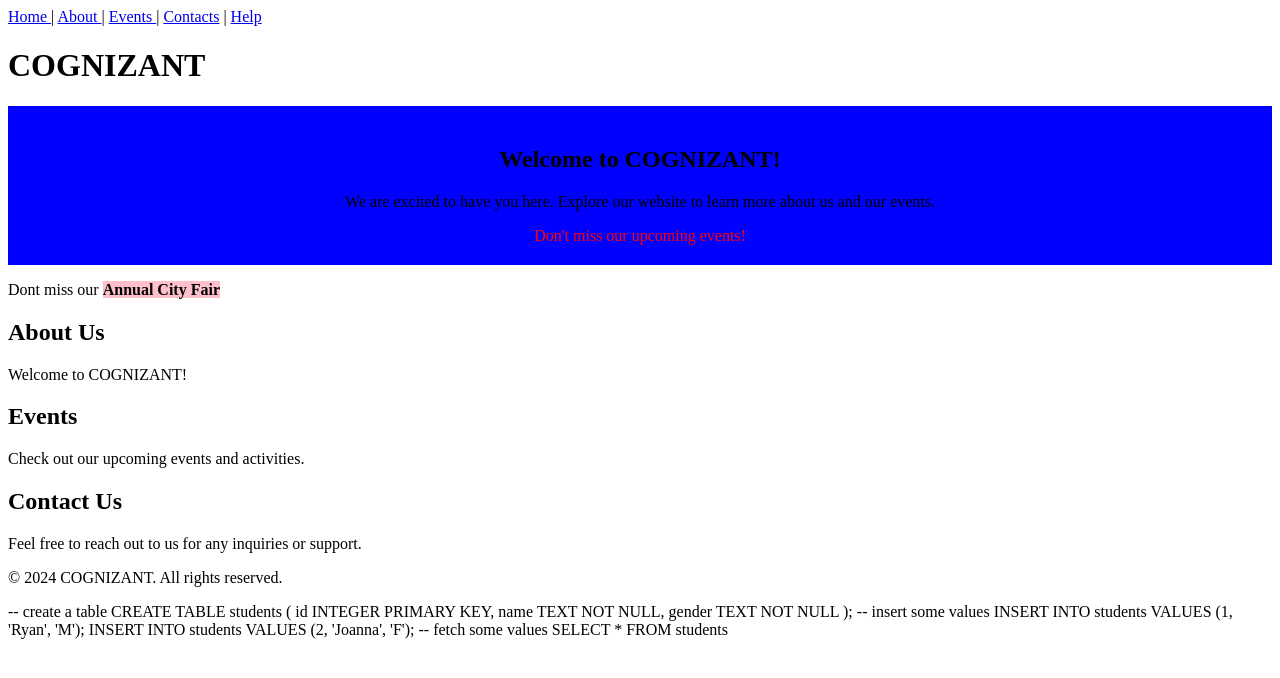
Repository: Sonasiju/Digital-Nurture-Java
Page: HTML/index.html
The author's editor kept a copy of each file at every save. The page is drawn from the files as they stood at one save, then again after the next save.
The browser window is 1280 px wide. The pictures show the whole page.

Above is the page before, as saved 2026-06-03 17:41:38.

### HTML/index.html
<!DOCTYPE html>
<html lang="en">
<meta charset="UTF-8">
<head>

<title> EVENT PORTAL</title>
<style>
#welcomeBanner{
    background-color: blue;
    padding: 20px;
    text-align: center;
}

.highlight {
    background-color: pink;
    font-weight: bold;
}
</style>
</head>

<body>
 <!-- Navigation  -->
<header>
    <nav>
        <a href="#home"> Home </a> |
        <a href="#about"> About </a> |
<a href="#events"> Events </a> |
<a href="#contacts">Contacts</a> |
<a href="help.html" target="_blank">Help</a>
 </nav>

    </header>
    <!-- Main -->
    <main>
 <h1> COGNIZANT </h1>
 <section id="home">
    <div id="welcomeBanner">
            <h2>Welcome to COGNIZANT!</h2>
            <p>We are excited to have you here. Explore our website to learn more about us and our events.</p>
        <span style="color: red;">Don't miss our upcoming events!</span>
    </div>
      <p> Dont miss our <span class="highlight">Annual City Fair </span></p>


        </section>
 <section id="about">
            <h2>About Us</h2>
            <p>Welcome to COGNIZANT!</p>
        </section>
  <section id="events">
            <h2>Events</h2>
            <p>Check out our upcoming events and activities.</p>
            </section>
<section id="contacts">
            <h2>Contact Us</h2>
            <p>Feel free to reach out to us for any inquiries or support.</p>
        </section>
    </main>

<!-- Footer -->
        <footer>
            <p> &copy; 2024 COGNIZANT. All rights reserved. </p>
            </footer>

-- create a table
CREATE TABLE students (
  id INTEGER PRIMARY KEY,
  name TEXT NOT NULL,
  gender TEXT NOT NULL
);
-- insert some values
INSERT INTO students VALUES (1, 'Ryan', 'M');
INSERT INTO students VALUES (2, 'Joanna', 'F');
-- fetch some values
SELECT * FROM students




</body>

After the next save:
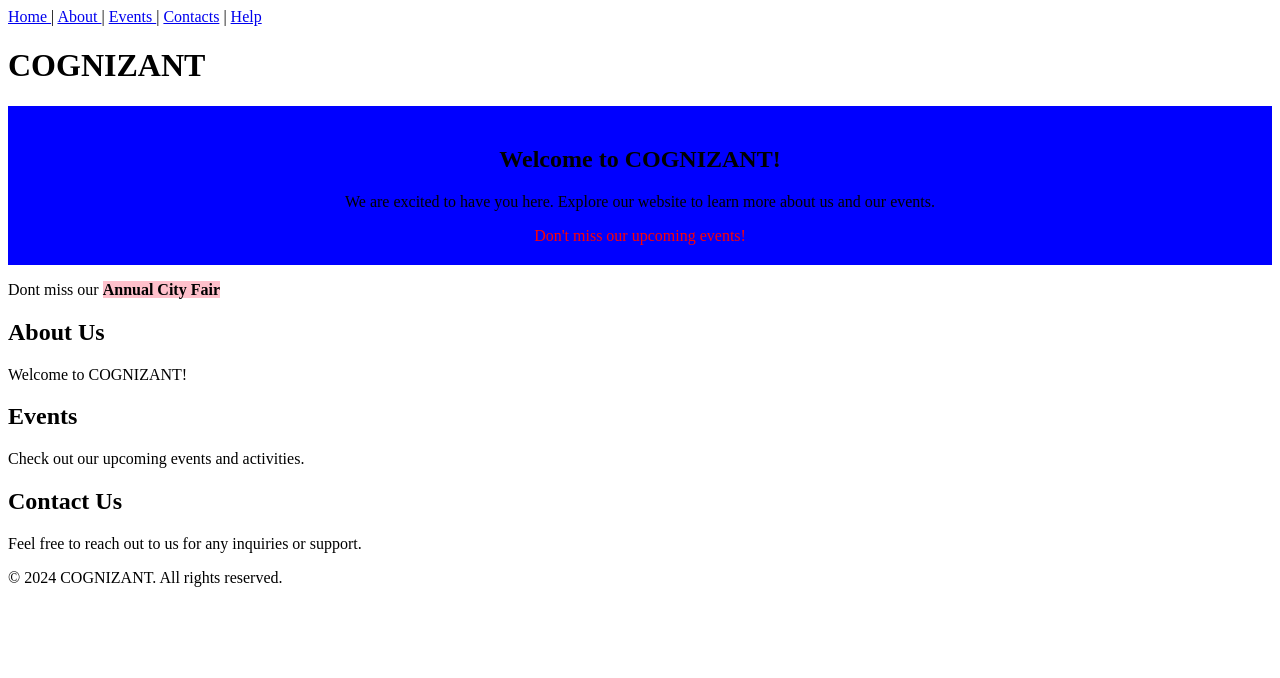
Saved 7 min 24 s later.
--- a/HTML/index.html
+++ b/HTML/index.html
@@ -61,20 +61,5 @@
         <footer>
             <p> &copy; 2024 COGNIZANT. All rights reserved. </p>
             </footer>
-
--- create a table
-CREATE TABLE students (
-  id INTEGER PRIMARY KEY,
-  name TEXT NOT NULL,
-  gender TEXT NOT NULL
-);
--- insert some values
-INSERT INTO students VALUES (1, 'Ryan', 'M');
-INSERT INTO students VALUES (2, 'Joanna', 'F');
--- fetch some values
-SELECT * FROM students
-
-
-
-
 </body>
+</html>
